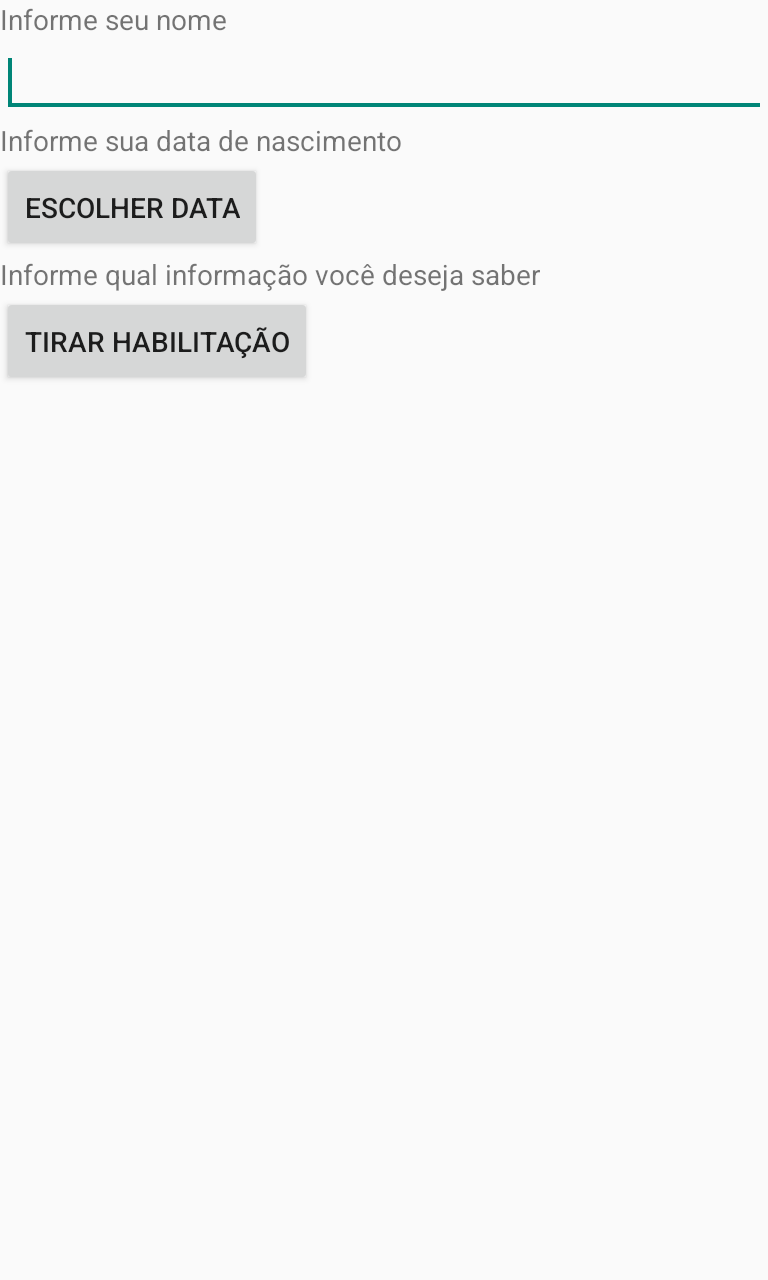
Repository: willianjean/androidProject
Layout: Exercicio3/res/layout/activity_main.xml
These files come from the project's save history. The layout is drawn as it stood at one moment and after the next save; the edit follows.
It is drawn on a 768 x 1280 px phone screen (xhdpi) without system bars, with theme AppTheme; the app's code is not run.

Above is the layout before, as saved 2014-07-24 15:21:26.

After the next save:
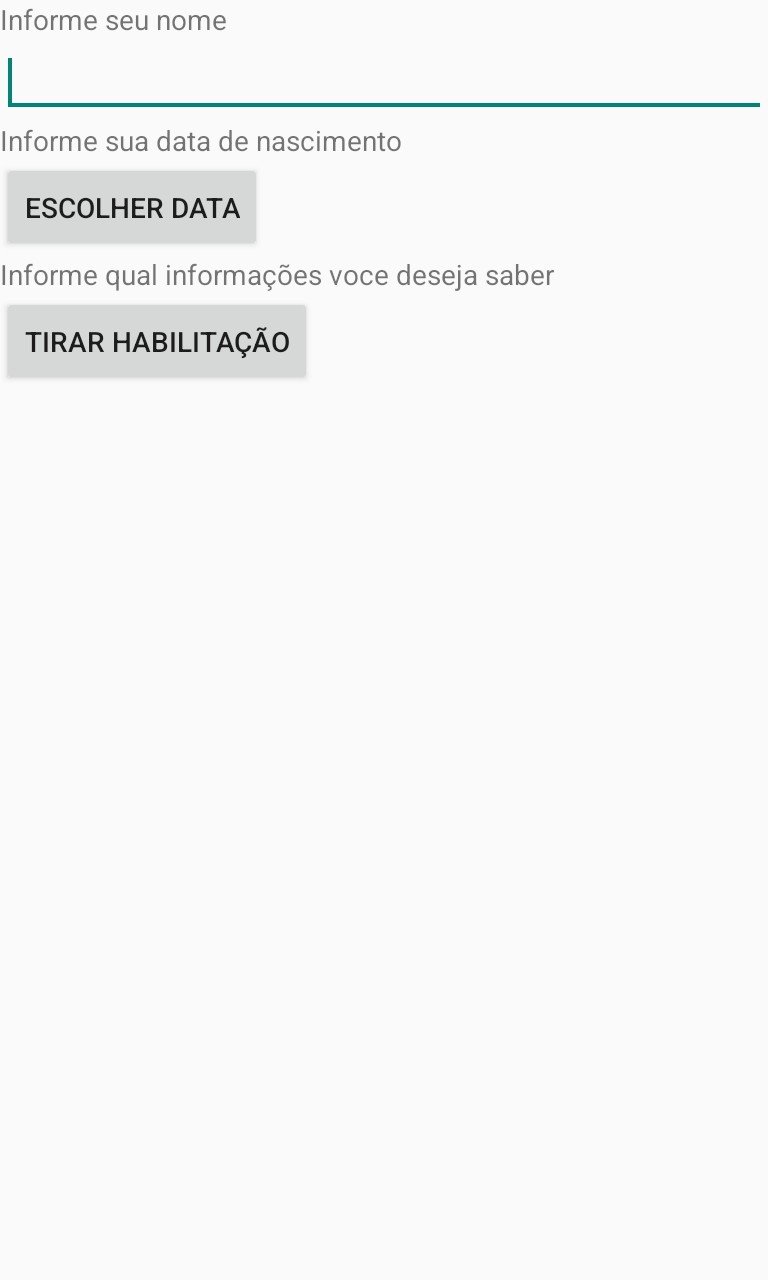
Saved 57 s later.
--- a/Exercicio3/res/layout/activity_main.xml
+++ b/Exercicio3/res/layout/activity_main.xml
@@ -38,7 +38,7 @@
         android:id="@+id/textView3"
         android:layout_width="wrap_content"
         android:layout_height="wrap_content"
-        android:text="Informe qual informação você deseja saber" />
+        android:text="Informe qual informações voce deseja saber" />
 
     <Button
         android:id="@+id/enviar"

After the save that followed:
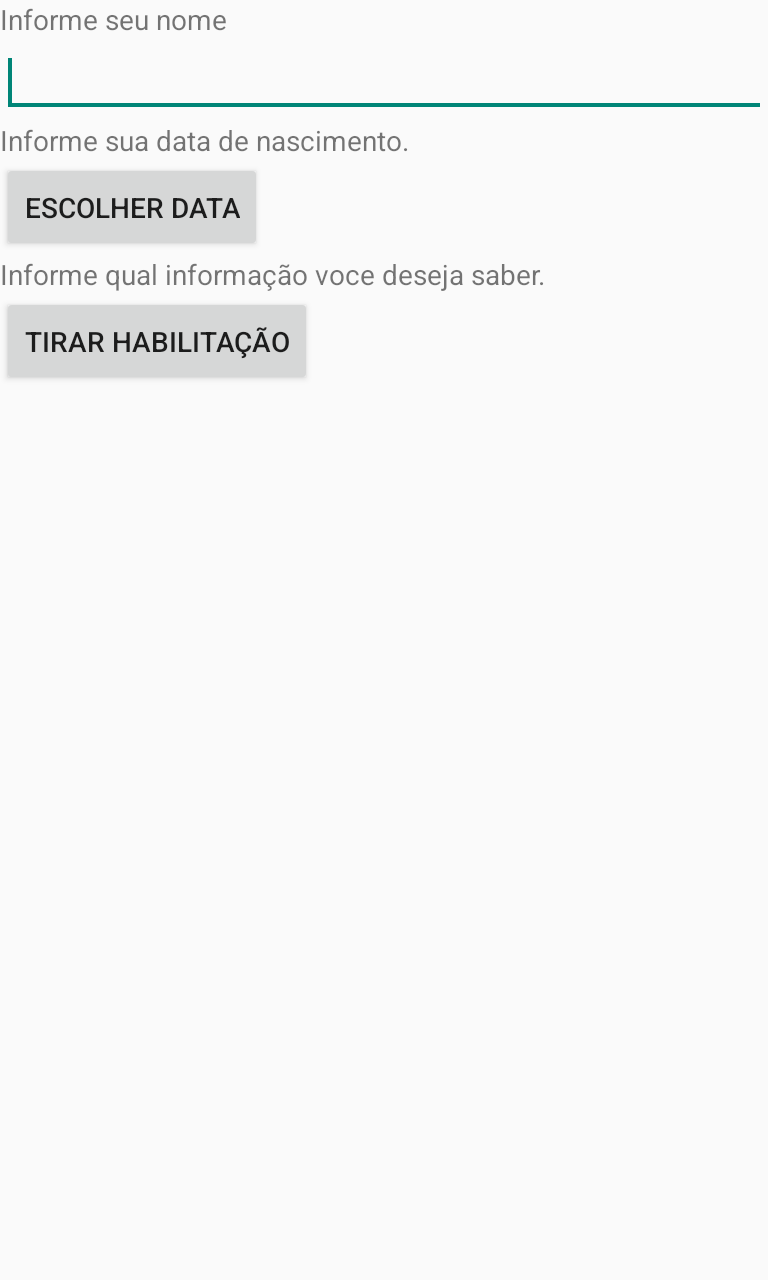
Saved 39 s later.
--- a/Exercicio3/res/layout/activity_main.xml
+++ b/Exercicio3/res/layout/activity_main.xml
@@ -26,7 +26,7 @@
         android:id="@+id/textView2"
         android:layout_width="wrap_content"
         android:layout_height="wrap_content"
-        android:text="Informe sua data de nascimento" />
+        android:text="Informe sua data de nascimento." />
 
     <Button
         android:id="@+id/data"
@@ -38,7 +38,7 @@
         android:id="@+id/textView3"
         android:layout_width="wrap_content"
         android:layout_height="wrap_content"
-        android:text="Informe qual informações voce deseja saber" />
+        android:text="Informe qual informação voce deseja saber." />
 
     <Button
         android:id="@+id/enviar"
